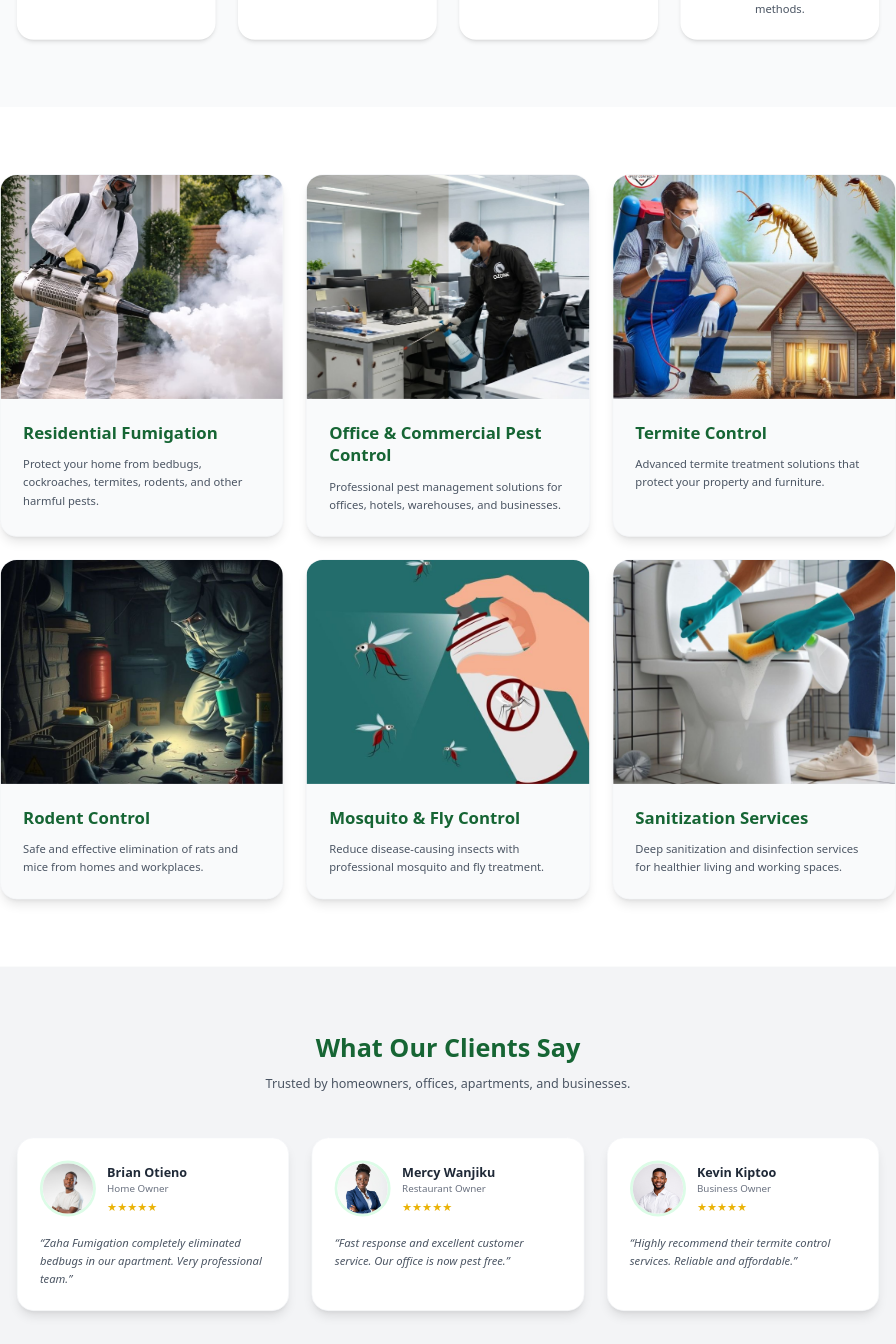
Repository: Engineer-collo/Zaha-fumigation
Page: /
An editor plug-in stored every save of this project. The page is shown before and after the next save, followed by the edit.
The browser window is 1280 px wide. The pictures show the part of the page from y = 1757 to 3677 px (the page is 5638 px tall before and 5574 px after), at 70% of full size.
The project was rebuilt for these pictures with package versions that can differ from the ones it lists, and the page was loaded fresh each time. Also part of the build but not shown: vite.config.js.

Above is the page before, as saved 2026-05-14 08:47:13.

After the next save:
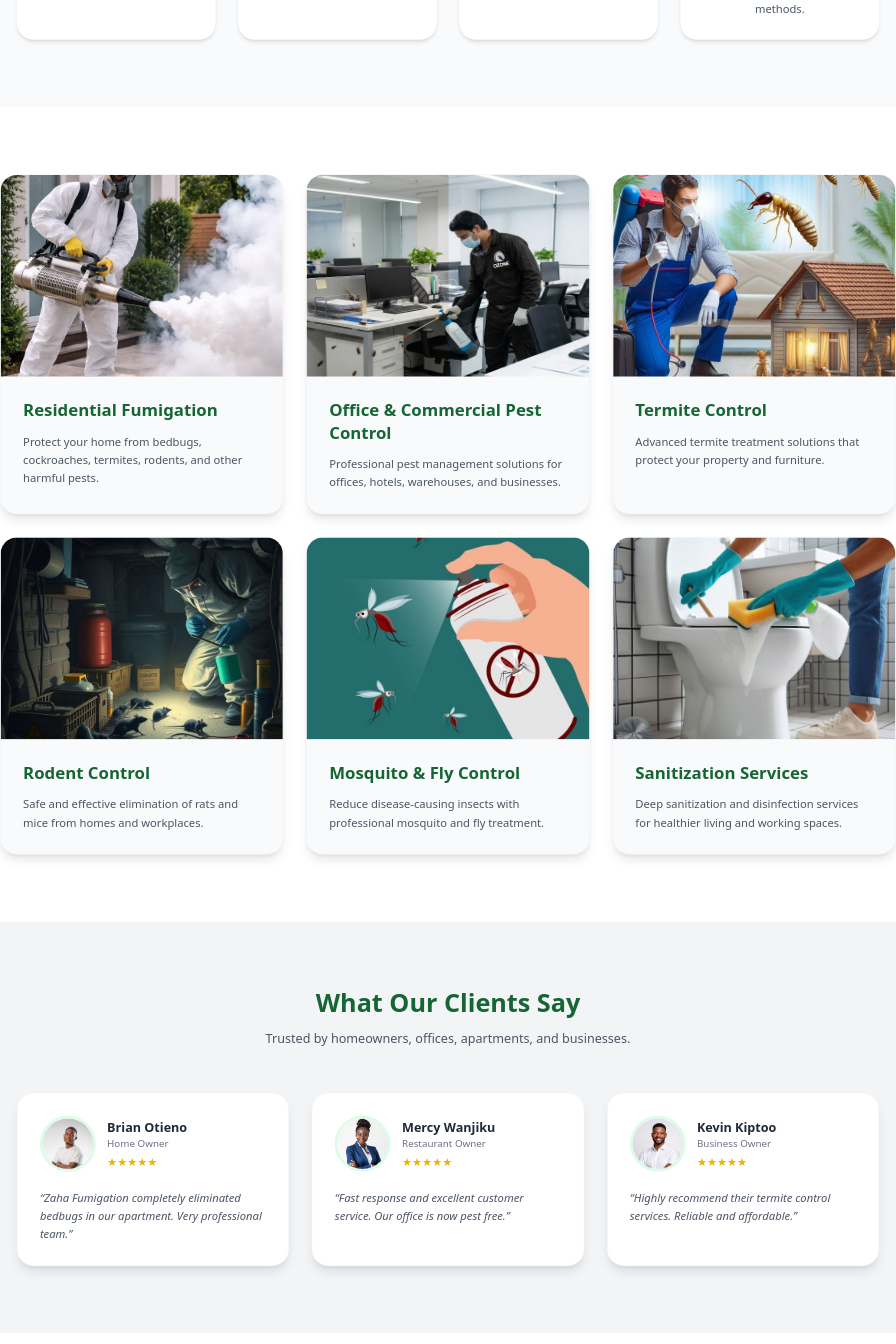
Saved 62 s later.
--- a/src/App.jsx
+++ b/src/App.jsx
@@ -355,7 +355,7 @@ export default function ZahaFumigationWebsite() {
       <img
         src={service.image}
         alt={service.title}
-        className="w-full h-80 object-cover"      />
+        className="w-full h-72 object-cover"      />
 
       <div className="p-8">
         <h3 className="text-2xl font-bold mb-4 text-green-800">
